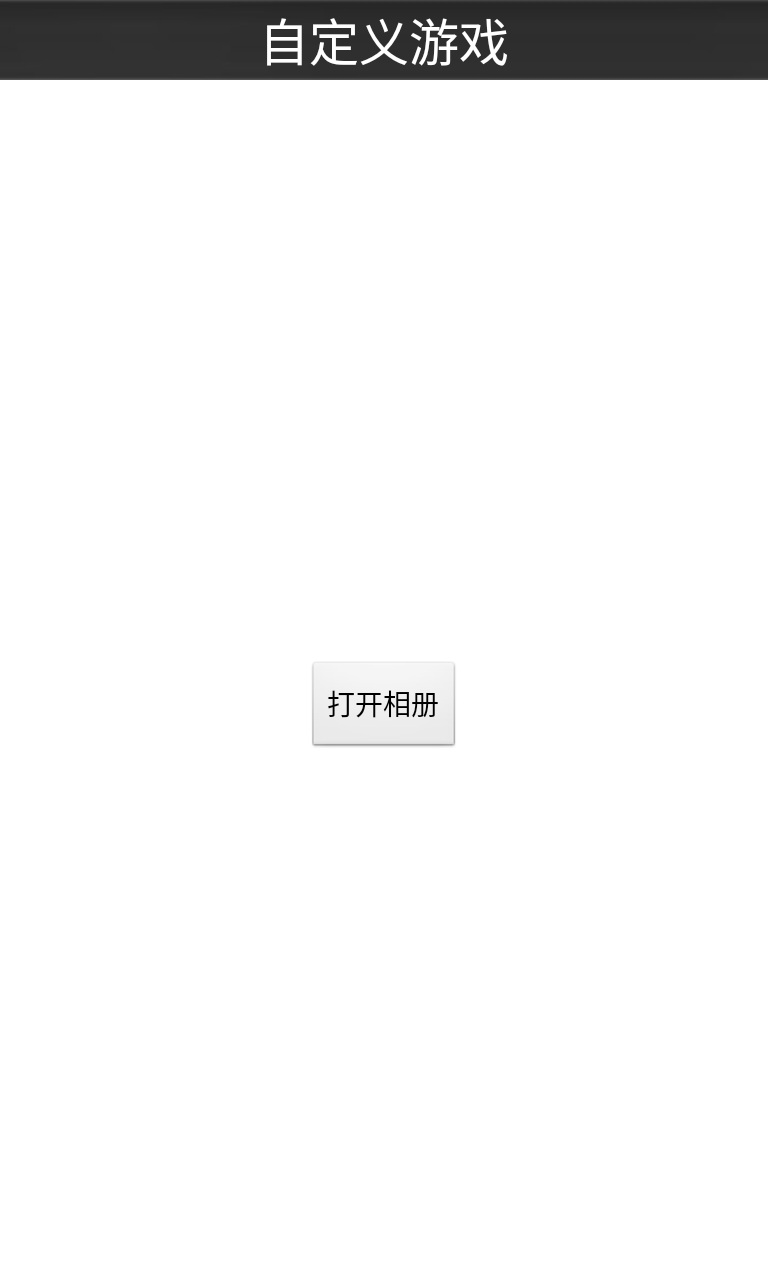
Repository: hosle/gad2
Layout: Pintu/res/layout/activity_personal_game.xml
An editor plug-in stored every save of this project. The layout is shown before and after the next save, followed by the edit.
It is drawn on a 768 x 1280 px phone screen (xhdpi) without system bars, with theme AppTheme; the app's code is not run. Lists and similar views that code fills are empty. The app's manifest (not shown) leaves right-to-left support off. So textAlignment, textDirection and layoutDirection are ignored, and left and right values win over start and end ones.

Above is the layout before, as saved 2015-06-26 09:07:24.

### Pintu/res/layout/activity_personal_game.xml
<?xml version="1.0" encoding="utf-8"?>
<LinearLayout xmlns:android="http://schemas.android.com/apk/res/android"
    android:layout_width="fill_parent"
    android:layout_height="fill_parent"
    android:background="#ffffffff"
    android:gravity="center_horizontal"
    android:orientation="vertical" >

    <LinearLayout
        android:layout_width="fill_parent"
        android:layout_height="40dp"
        android:layout_centerHorizontal="true"
        android:background="@drawable/xxhpintu_game_dir"
        android:gravity="center_horizontal"
        android:orientation="horizontal" >

        <TextView
            android:id="@+id/time"
            android:layout_width="match_parent"
            android:layout_height="match_parent"

            android:gravity="center"
            android:text="自定义游戏"
            android:textAlignment="center"
            android:textColor="#ffffffff"
            android:textSize="25sp" />
    </LinearLayout>

    <LinearLayout
        android:layout_width="fill_parent"
        android:layout_height="wrap_content"
        android:layout_marginTop="20dp"
        android:gravity="center_horizontal"
        android:orientation="vertical" >

        <ListView
            android:id="@+id/game_info"
            android:layout_width="match_parent"
            android:layout_height="270dp" >
        </ListView>

        <Button
            android:id="@+id/selectimagebnt_game"
            android:layout_width="wrap_content"
            android:layout_height="wrap_content"
            android:text="打开相册" />
    </LinearLayout>

</LinearLayout>

Loaded but not shown: Pintu/res/values/styles.xml (common file)

After the next save:
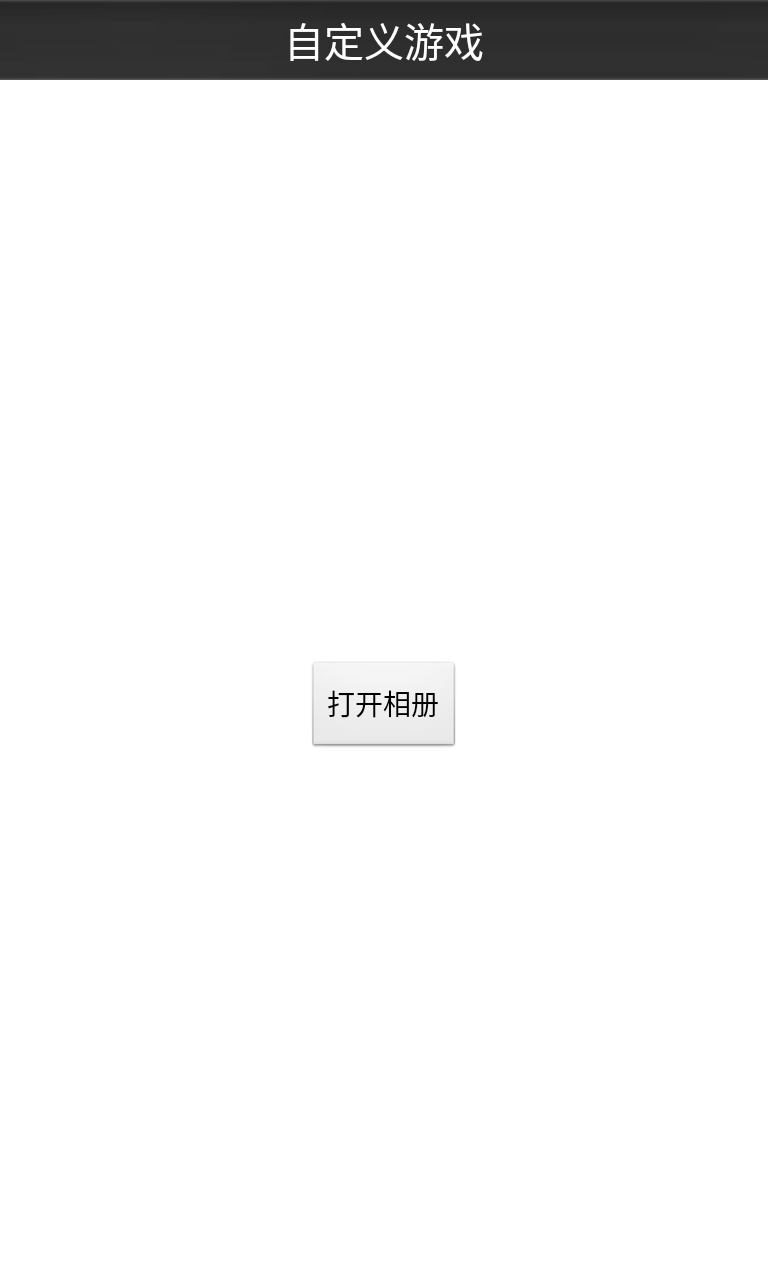
Saved 13 s later.
--- a/Pintu/res/layout/activity_personal_game.xml
+++ b/Pintu/res/layout/activity_personal_game.xml
@@ -23,7 +23,7 @@
             android:text="自定义游戏"
             android:textAlignment="center"
             android:textColor="#ffffffff"
-            android:textSize="25sp" />
+            android:textSize="20sp" />
     </LinearLayout>
 
     <LinearLayout
